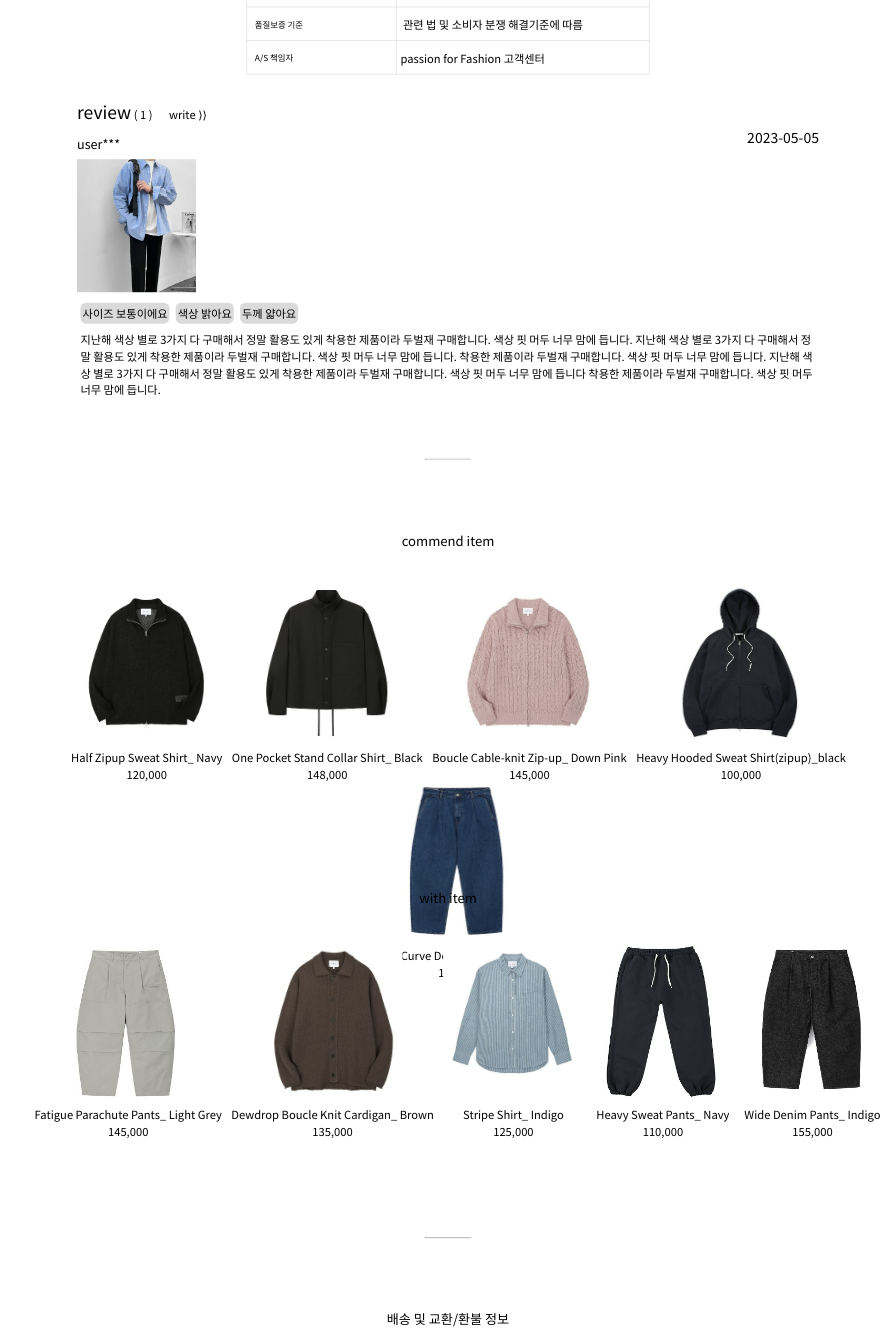
Repository: mcw9503/PassionForFashion
Page: Semi_Project/src/main/webapp/WEB-INF/Product_Information.html
The author's editor kept a copy of each file at every save. The page is drawn from the files as they stood at one save, then again after the next save.
The browser window is 1280 px wide. The pictures show the part of the page from y = 3559 to 5479 px (the page is 6344 px tall), at 70% of full size.
The pointer rests on the first visible `.product ul li img`.

Above is the page before, as saved 2023-05-08 14:36:22.

### Semi_Project/src/main/webapp/WEB-INF/Product_Information.html
<!DOCTYPE html>
<html>
<head>
<meta charset="utf-8">
<title>passion for Fashion</title>
<link href="https://fonts.googleapis.com/earlyaccess/notosanskr.css"
	rel="stylesheet">
</head>

<style>
* {
	outline: none;
	margin: 0;
	font-family: 'Noto Sans KR', sans-serif;
}

ul{
	text-align: center;
}

 li{
 	display: inline-block;
 	list-style: none;
 	margin:auto;
 	margin-right: 10px;
 }

 li img{
  	width: 200px;
  	height: 230px;

 }

 li p {
 	font-weight: 200;
 }

 a 	{
 color: black;
 text-decoration: none;
 }

#order-wrap {
	width: 1200px;
	background: white;
	height: 610px;
	display: flex;
	flex-flow: nowrap;
	justify-content: space-around;
	margin: auto;
}

.top {
	margin-bottom: 10px;
}

.productNo {
	display: inline-block;
	margin-right: 50px;
	font-size: 20px;
}

#brandName {
	display: inline-block;
	margin-right: 50px;
	font-size: 20px;
	font-weight: 200;
}

.brandNameBox {
	line-height: 50px;
	height: 50px;
}

#movebtn {
	font-size: 25px;
	font-weight: 200;
}

#discount {
	display: inline-block;
	border-radius: 10px;
	font-size: 30px;
	width: 60px;
	height: 30px;
	text-align: center;
	color: black;
}

#discount span {
	font-size: 15px;
}

#productResult {
	position: relative;
	background: white;
	padding: 10px;
	margin-top: 10px;
	height: 120px;
	padding-bottom: 5px;
	display: none;
	border: 1px solid #dfdfdf;
}

.right {
	width: 40%;
}

.left {
	width: 50%;
}

.left img {
	width: 90%;
	height: 100%;
}

h2 {
	margin-right: 30px;
}

#originPrice {
	margin-right: 40px;
	font-size: 25px;
	text-decoration: line-through;
}

#discountPrice {
	font-size: 35px;
}

b {
	font-size: 20px;
}

.btnbox>button:nth-child(-n+3) {
	display: inline-block;
	width: 30px;
	height: 100%;
	font-size: 18px;
	background: white;
	border-style: none;
	font-weight: 200;
	margin: 0px;
	border: 1px solid #dfdfdf;
	padding: 0px;
	box-shadow: 2px 2px 2px #666;
}

.btnbox>button:nth-child(-n+3):active {
	box-shadow: 2px 2px 2px white;
}

.btnbox>button:nth-child(-n+3):hover {
	border-color: 2px sold #dfdfdf;
	color: black;
}

.btnbox {
	position: relative;
	height: 30px;
	margin-top: 15px;
	margin-bottom: 5px;
}

#buybtn {
	width: 100%;
	height: 40px;
	margin-top: 10px;
	border-radius: 5px;
	background-color: black;
	color: white;
	font-weight: 200;
}

#cartbtn {
	width: 100%;
	height: 38px;
	margin-top: 10px;
	border-radius: 5px;
	background-color: white;
	border: 1px solid #dfdfdf;
	color: black;
	font-weight: 200;
}

.productCount {
	display: inline-block;
}

select {
	width: 150px;
	text-align: center;
	height: 40px;
	width: 100%;
	border: 1px solid #dfdfdf;
	color: rgb;
}

h4 {
	font-weight: 200;
}

h3 {
	font-weight: 200;
}


.productNO {
	margin: 0px;
}

p b {
	font-weight: 200;
}

.movebtn {
	float: right;
	font-weight: 200;
	font-size: 20px;
}

.reviewbox {
	width: 1100px;
	margin: auto;
	height: 50px;
	background-color: white;
	height: 50px;
	margin-top: 30px;
}

.reviewbox>h3:hover {
	color: black;
}

.reviewbox>h3 {
	text-align: center;
	background-color: white;
	width: 270px;
	display: inline-block;
	margin: 0px;
	height: 100%;
	line-height: 50px;
	border: 1px solid #dfdfdf;
	color: black;
}

.reviewbox>h3:after {
	display: block;
	content: '';
	border-bottom: solid 3px dimgray;
	transform: scaleX(0);
	transition: transform 250ms ease-in-out;
}

.reviewbox>h3:hover:after {
	transform: scaleX(1);
}

.Infobox {
	text-align: center;
	width: 1200px;
	margin: auto;;
}

.imgbox>img {
	width: 800px;;
	height: 950px;
	margin: auto;
	margin-top: 20px;
	margin-bottom: 20px;
	display: block;
}

.imgbox>img:nth-child(2) {
	width: 600px;
	height: 550px;
	margin: auto;
	margin-top: 20px;
	margin-bottom: 20px;
	display: block;
}

.imgbox {
	margin: auto;
	width: 1200px;
	text-align: center;
}

.textReview h2 {
	float: left;
}

.reviewNum {
	display: inline-block;
}

.productInfo {
	margin: auto;
	padding: 10px;
	width: 80%;
}

.productInfo:first-child {
	width: 60%;
	border: 1px solid #dfdfdf;
	border-top: 3px solid black;
	border-collapse: collapse;
}

.productInfo:first-child td {
	border: 1px solid #dfdfdf;
	height: 45px;
	font-weight: 200;
}

.productInfo tr td b {
	float: left;
	font-size: 12px;
	font-weight: 200;
	margin-left: 10px;
}

.productInfo tr td+td {
	margin-left: 10px;
	text-align: left;
}

.removeProudct {
	font-weight: bold;
	font-size: 20px;
	right: 10px;
	width: 30px;
	height: 30px;
	background: none;
	border-style: none;
	display: inline-block;
}

input[type="number"]::-webkit-outer-spin-button, input[type="number"]::-webkit-inner-spin-button
	{
	-webkit-appearance: none;
	margin: 0;
}

.buyCount {
	padding: 0px;
	margin: 0px;
	border: 1px solid #dfdfdf;
}

.buyCount:focus {
	outline: none;
}

.buyCount:hover {
	border: 1px solid #dfdfdf;
}

.size:focus {
	outline: none;
}

.reviewWrap {
	height: 450px;
	margin: auto;
}

.textbox {
	width: 100%;
}

.reviewComment {
	display: inline-block;
	background: rgb(218, 218, 218);
	border-radius: 8px;
	padding: 3px;
	color: black;
	margin-left: 5px;
}

.writeReview:hover span {
	transform: translateX(1ch);
	transition: 0.45s;
}

.product ul li img:hover {
	transform: scale(1.2)
	transition: 0.45s;
}


</style>
<body>

	<main id="order-wrap">
		<!-- 구매창 컨테이너 -->
		<div class="left">
			<!-- 구매창 왼쪽 사진 넣는 곳 -->
			<img src="img/shirts.jpg">
		</div>
		<div class="right">
			<!-- 상품 정보 -->
			<div class="top">
				<div class="brandNameBox">
					<h3 id="brandName">passion for Fashion</h3>
					<span class="movebtn">&rang;&rang;</span> <br> <br>
					<!-- 브랜드명 옆 > 모양 -->
				</div>
				<div style="font-size: 20px; font-weight: 200;">상품명 :</div>
				<h2 class="productName" style="font-weight: 200; margin-bottom: 15px; font-size: 30px;"> oxpord shirts(blue)</h2>
				<hr style="color: #dfdfdf;">
				<div class="productNO">
					<span class="productNo" style="margin-top: 10px; font-size: 20px; font-weight: 200;">NO.11475413</span>
				</div>

				<h2 id="discount" style="font-size: 25px; font-weight: 200;">
					10 <span>%</span>
					<!-- 할인율 -->
				</h2>
				<div id="originPrice"
					style="font-size: 25px; display: inline-block; font-weight: 200; margin-right: 220px;">10,000</div>
				<span id="discountPrice" style="font-size: 35px; float: rightl; font-weight: 200;">9,000</span>
				<!-- 상품가격 -->
			</div>
			<div>
				배송정보
				<p>
					택배배송 <b>| 3,000</b>
				</p>
				<h3>사이즈</h3>
				<form action="" method="get">
					<select class='size' name='size' required>
						<!-- 사이즈 선택 창 -->
						<option value='' style="font-size: 15px;">[필수] 옵션을 선택해주세요</option>
						<option value='S'>S</option>
						<option value='M'>M</option>
						<option value='L'>L</option>
						<option value='XL'>XL</option>
					</select>


					<div id="productResult">
						<!-- 사이즈 선택시 내려오는 창 -->
						<h4 class="productName" style="font-size: 15px;">
							상품명 : 옥스포드 셔츠 <span></span>
						</h4>
						<input type="hidden" name="productName" value="상품명">
						<div class="btnbox">
							<button id="decrease" type="button">-</button>
							<input type="number" class="buyCount"
								style="height: 29px; width: 29px; text-align: center;" value="1"
								name="buyCount" max="90" min="1" readonly>

							<button id="increase" type="button">+</button>

						</div>
						<button class="removeProudct" type="button" style="float: right;">
							<img src="img/close.png" style="width: 10px;">
						</button>
						<div style="display: inline-block; margin-top: 12px; font-weight: 200;">총 상품 가격</div>
						<strong class="productPrice" style="display: inline-block; margin-top: 12px; position: right; font-weight: 200;">
						</strong> <br>
					</div>
					<button id="buybtn">구매하기</button>
					<button id="cartbtn">장바구니</button>
				</form>
			</div>
		</div>
	</main>
	<div class="reviewbox">
		<!-- 상세정보 리뷰 연관 상품 반품 navbar -->
		<h3>
			<a href="javascript:window.scrollTo( 0, 2800 );">
				상세 정보
			</a>

		</h3>
		<h3>
			<a href="javascript:window.scrollTo( 0, 3500 );">
				리뷰
			</a>
		</h3>
		<h3>
			<a href="javascript:window.scrollTo( 0, 4250 );">
				연관 상품
			</a>
		</h3>
		<h3>
			<a href="javascript:window.scrollTo( 0, 5500 );">
			반품 및 교환
			</a>
		</h3>
	</div>
	<br>

	<div class="Infobox">
		<!-- 제품 사진 및 소개 칸 -->
		<div class="imgbox">
			<img src="img/shirts2.jpg"> <img src="img/shirts3.jpg"> <img
				src="img/shirts4.jpg">
		</div>
		<br>
		<div class="productInfo">
			<!-- 제품소재 를 담은 박스 -->
			<table class="productInfo">
				<!-- 제품소재 및 정보 테이블 -->
				<tr>
					<td><b>제품 소재</b></td>
					<td>&nbsp;&nbsp;Rayon 70% Nylon 30%</td>
				</tr>

				<tr>
					<td><b>색상</b></td>
					<td>&nbsp;&nbsp;제품명 참조</td>
				</tr>

				<tr>
					<td><b>제조사</b></td>
					<td>&nbsp;&nbsp;passion for Fashion</td>
				</tr>

				<tr>
					<td><b>제조국</b></td>
					<td>&nbsp;&nbsp;korea</td>
				</tr>

				<tr>
					<td><b>세탁 방법 및 취급 시 주의사항</b></td>
					<td>&nbsp;&nbsp;라벨 및 고객센터 참조</td>
				</tr>

				<tr>
					<td><b>제조년원</b></td>
					<td>&nbsp;&nbsp;2023/04</td>
				</tr>

				<tr>
					<td><b>품질보증 기준</b></td>
					<td>&nbsp;&nbsp;관련 법 및 소비자 분쟁 해결기준에 따름</td>
				</tr>

				<tr>
					<td><b>A/S 책임자</b></td>
					<td>&nbsp;passion for Fashion 고객센터</td>
				</tr>
			</table>
			<br>
		</div>
	</div>
<!-- 	<hr style="color: #dfdfdf; width: 90%; margin: auto;"> -->

	<h3 style="display: inline-block; font-size: 25px; font-weight: 200; margin-left: 110px;">review</h3>
		( <span>1</span> )
		<span class="writeReview" style="margin-left: 20px; font-weight: 200;" onclick="">write <span style="display: inline-block;">&rang;&rang;</span></span>
	<div class="reviewWrap"
		style="margin-left: 110px; margin-right: 110px; margin-top: 5px;">

<!-- 		<div style="font-weight: 200;"> -->
<!-- 			구매만족도<span class="reviewGrade" style="font-weight: 200;">5.0</span> -->
<!-- 		</div> -->
<!-- 		<div style="font-size: 20px; font-weight: 200;">★★★★☆</div> -->
		<div class="textbox">
			<div>
				<div class="nickName"
					style="font-size: 18px; margin-top: 10px; margin-bottom: 10px; display: inline-block; font-weight: 200;">user***</div>
				<span style="float: right; font-size: 20px; font-weight: 200;">2023-05-05</span>
			</div>
			<img src="img/review.jpg" alt=""
				style="width: 170px; height: 190px; display: inline-block; float: left; margin-bottom: 15px" />

			<div style="display: inline-block; width: 100%; margin-bottom: 30px;">
				<span class="reviewComment" style="font-weight: 400;">사이즈 보통이에요</span>
				<span class="reviewComment" style="font-weight: 400;">색상 밝아요</span>
				<span class="reviewComment" style="font-weight: 400;">두께 얇아요</span>

				<p style="margin-left: 5px; margin-top: 10px; font-weight: 200;">지난해 색상 별로 3가지 다
					구매해서 정말 활용도 있게 착용한 제품이라 두벌재 구매합니다. 색상 핏 머두 너무 맘에 듭니다. 지난해 색상 별로 3가지
					다 구매해서 정말 활용도 있게 착용한 제품이라 두벌재 구매합니다. 색상 핏 머두 너무 맘에 듭니다. 착용한 제품이라
					두벌재 구매합니다. 색상 핏 머두 너무 맘에 듭니다. 지난해 색상 별로 3가지 다 구매해서 정말 활용도 있게 착용한
					제품이라 두벌재 구매합니다. 색상 핏 머두 너무 맘에 듭니다 착용한 제품이라 두벌재 구매합니다. 색상 핏 머두 너무 맘에
					듭니다.</p>
			</div>
		</div>
	</div>
	<br>
		<hr style="color: #dfdfdf; width: 5%; margin: auto; margin-bottom: 50px;">

		<div class="commProduct product" style="width:100%; height:500px;margin-top: 100px; text-align: center;">
				<h3 style="margin-bottom: 50px; display:inline-block; font-weight: 200;">commend item</h3>
				<ul>
					<li>
						<a href="http://www.naver.com">
							<img alt="" src="img/cloths1.jpg">
							<p>Half Zipup Sweat Shirt_ Navy</p>
							<p>120,000</p>
						</a>
					</li>

					<li>
						<a href="http://www.naver.com">
							<img alt="" src="img/cloths2.jpg">
							<p>One Pocket Stand Collar Shirt_ Black</p>
							<p>148,000</p>
						</a>
					</li>

					<li>
						<a href="http://www.naver.com">
							<img alt="" src="img/cloths3.jpg">
							<p>Boucle Cable-knit Zip-up_ Down Pink</p>
							<p>145,000</p>
						</a>
					</li>

					<li>
						<a href="http://www.naver.com">
							<img alt="" src="img/cloths4.jpg">
							<p>Heavy Hooded Sweat Shirt(zipup)_black</p>
							<p>100,000</p>
						</a>
					</li>

					<li>
						<a href="http://www.naver.com">
							<img alt="" src="img/cloths5.jpg">
							<p>One Tuck Curve Denim Pants_ Indigo Blue</p>
							<p>150,000</p>
						</a>
					</li>
				</ul>

		</div>

		<div class="recommProduct product" style="width:100%; height:500px; margin-top: 15px; margin: auto; text-align: center;">
				<h3 style="margin-bottom: 50px; margin-top: 10px; font-weight: 200;">with item</h3>
				<ul>
					<li>
						<a href="http://www.naver.com">
							<img alt="" src="img/cloths6.jpg">
							<p>Fatigue Parachute Pants_ Light Grey</p>
							<p>145,000</p>
						</a>
					</li>

					<li>
						<a href="http://www.naver.com">
							<img alt="" src="img/shirts7.jpg">
							<p>Dewdrop Boucle Knit Cardigan_ Brown</p>
							<p>135,000</p>
						</a>
					</li>

					<li>
						<a href="http://www.naver.com">
							<img alt="" src="img/shirts5.jpg">
							<p>Stripe Shirt_ Indigo</p>
							<p>125,000</p>
						</a>
					</li>

					<li>
						<a href="http://www.naver.com">
							<img alt="" src="img/pants2.jpg">
							<p>Heavy Sweat Pants_ Navy</p>
							<p>110,000</p>
						</a>
					</li>

					<li>
						<a href="http://www.naver.com">
							<img alt="" src="img/pants1.jpg">
							<p>Wide Denim Pants_ Indigo</p>
							<p>155,000</p>
						</a>
					</li>
				</ul>

		</div>

		<hr style="color: #dfdfdf; width: 5%; margin: auto; margin-bottom: 100px;">

		<div class="refundWrap" style="text-align: center;">
		<h3>배송 및 교환/환불 정보</h3>
		<br>
		<br>
			<img alt="" src="img/refund.jpg">
		</div>


	<script>

	const productName = document.getElementsByClassName("productName")[1]; // 드롭박스에 적힐 상품명

	const size = document.getElementsByClassName("size"); //사이즈 선택 창

	let buyCount = document.getElementsByClassName("buyCount")[0]; // 상품 수량
	const decrease = document.getElementById("decrease"); // 상품 수량 감소 버튼
	const increase = document.getElementById("increase"); // 상품 수량 증가 버튼
	let productPrice = document.getElementsByClassName("productPrice")[0];
	const buyBtn = document.getElementById("buyBtn");


	size[0].addEventListener("change", function(){	// select사이즈 의 value값이 바뀌면 실행

		for(const sizeSelect of size){
			if(sizeSelect.value != ''){
					document.getElementById("productResult").style.display='block'; //사이즈 가 선택으로 되어있을시 display block;
					productPrice.innerText=9000+3000;
					size[0].addEventListener("change", function(){	//사이즈를 선택 시 다시 다른 사이즈로 변경시 수량 1로 초기화
						buyCount.value = 1;

				})

				document.getElementsByClassName("removeProudct")[0].addEventListener("click", function(){ //x 버튼을 클릭시 수량구매창이 닫힌다.
					document.getElementById("productResult").style.display='none';
					sizeSelect.value = ''; // 사이즈를 선택으로 바뀐다.
				})


				} else if(sizeSelect.value == ''){
					document.getElementById("productResult").style.display='none';

				}
					productName.childNodes[1].innerText = sizeSelect.value;

			}
		})


	increase.addEventListener("click", function(){
		buyCount.value++;
		productPrice.innerText = buyCount.value*9000+3000;

	})

	decrease.addEventListener("click", function(){
		buyCount.value--;

		productPrice.innerText = buyCount.value*9000+3000;

		if(buyCount.value < 1){
			buyCount.value = 1
		productPrice.innerText = buyCount.value*9000+3000;

		}
	})



</script>




</body>
</html>

After the next save:
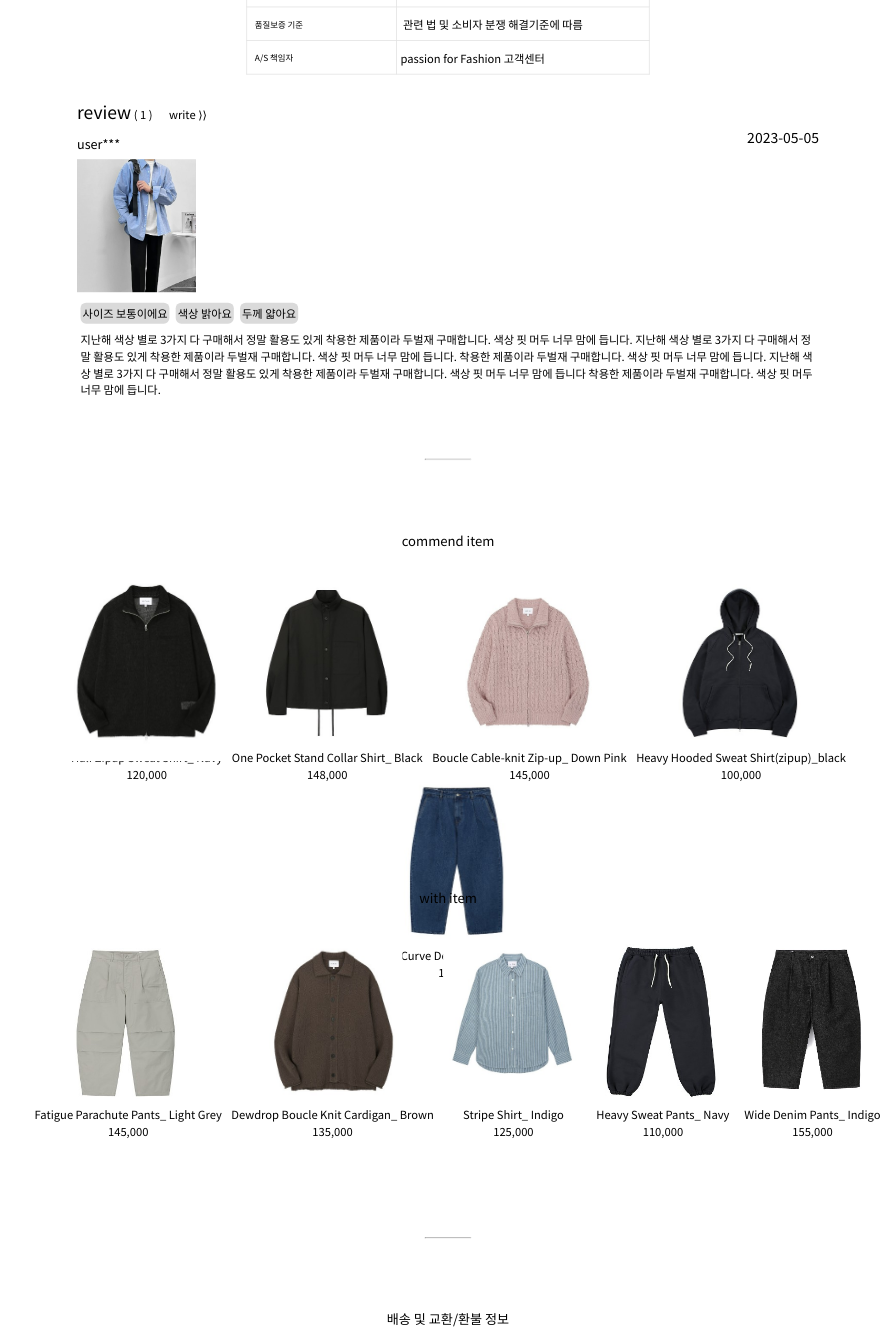
Saved 35 s later.
--- a/Semi_Project/src/main/webapp/WEB-INF/Product_Information.html
+++ b/Semi_Project/src/main/webapp/WEB-INF/Product_Information.html
@@ -385,7 +385,7 @@ input[type="number"]::-webkit-outer-spin-button, input[type="number"]::-webkit-i
 }
 
 .product ul li img:hover {
-	transform: scale(1.2)
+	transform: scale(1.2);
 	transition: 0.45s;
 }
 
